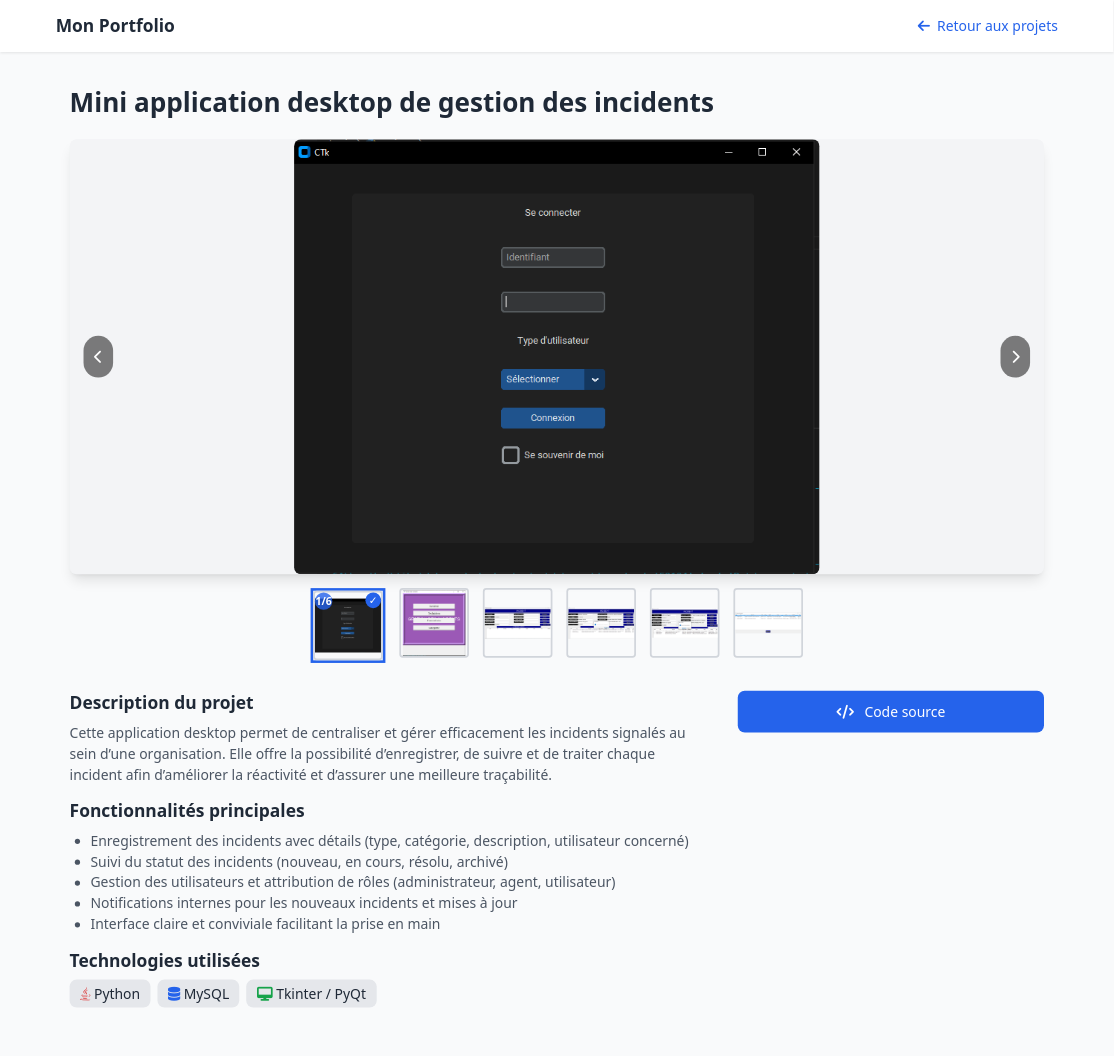
Repository: Edongo999/landry-portfolio
Page: projet-gestion-incidents.html
The author's editor kept a copy of each file at every save. The page is drawn from the files as they stood at one save, then again after the next save.
The browser window is 1280 px wide. The pictures show the whole page, at 87% of full size.
Some web libraries are served in a nearby version.

Above is the page before, as saved 2025-09-14 03:40:28.

After the next save:
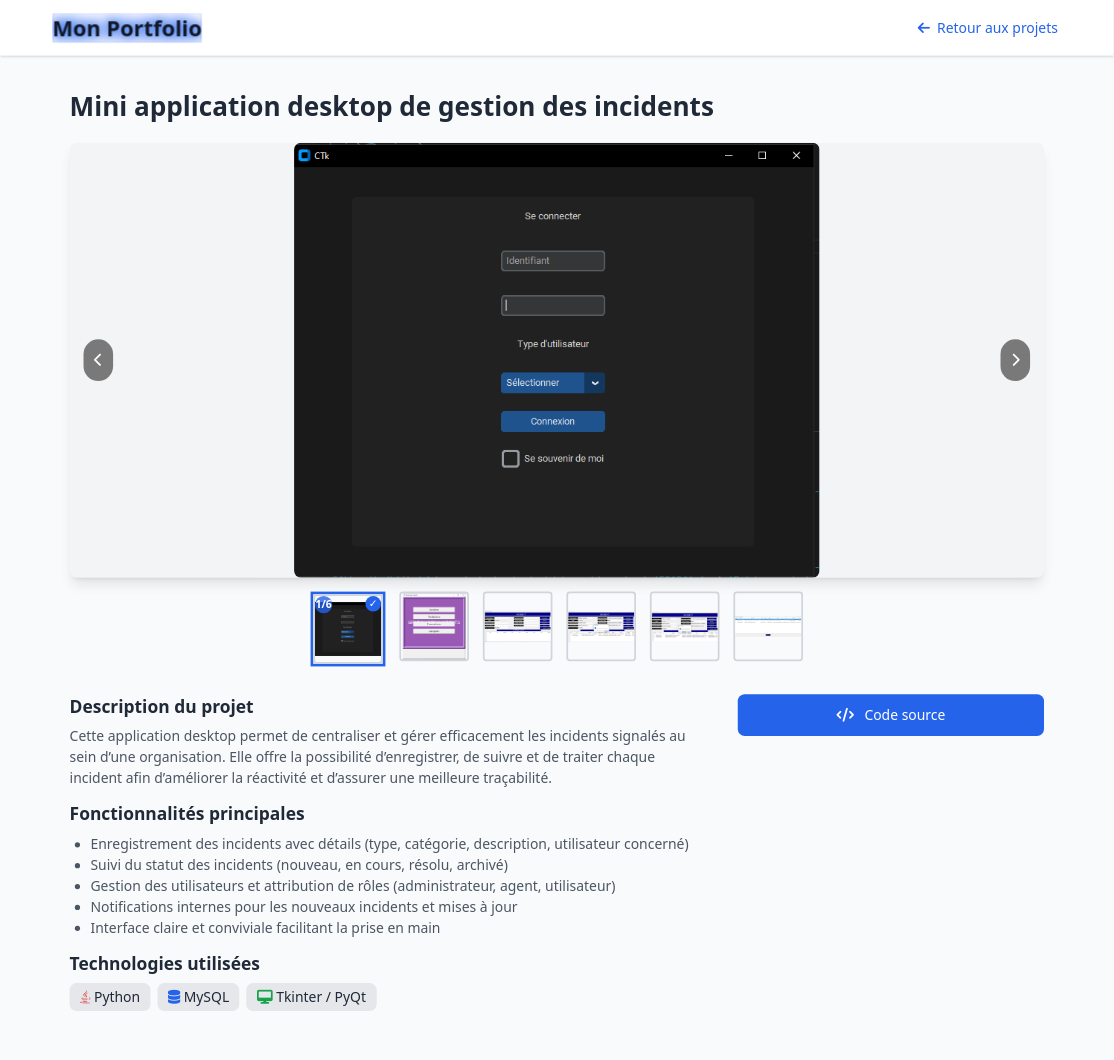
Saved 87 s later.
--- a/projet-gestion-incidents.html
+++ b/projet-gestion-incidents.html
@@ -43,6 +43,55 @@
       justify-content: center;
       font-weight: bold;
     }
+
+     /* Animation apparence douce + explosion légère + pulsation subtile */
+  #portfolio-title {
+    animation: appearExplodePulse 3s ease-in-out infinite;
+  }
+
+  @keyframes appearExplodePulse {
+    0% {
+      opacity: 0;
+      transform: scale(0.97) translateY(-3px);
+      text-shadow: 0 0 0px #2563eb;
+    }
+    25% {
+      opacity: 0.6;
+      transform: scale(1) translateY(0);
+      text-shadow: 0 0 4px #2563eb;
+    }
+    50% {
+      opacity: 1;
+      transform: scale(1.03);
+      text-shadow: 0 0 8px #2563eb, 0 0 12px #2563eb;
+    }
+    75% {
+      transform: scale(1.05);
+      text-shadow: 0 0 12px #2563eb, 0 0 20px #2563eb, 0 0 28px #2563eb;
+    }
+    100% {
+      opacity: 1;
+      transform: scale(1);
+      text-shadow: 0 0 6px #2563eb, 0 0 12px #2563eb;
+    }
+  }
+
+  /* Effet lumière pulsante plus subtil */
+  #portfolio-title::after {
+    content: '';
+    position: absolute;
+    inset: 0;
+    border-radius: 4px;
+    box-shadow: 0 0 12px #2563eb, 0 0 18px #2563eb;
+    opacity: 0.2;
+    animation: pulseLight 3s ease-in-out infinite alternate;
+    pointer-events: none;
+  }
+
+  @keyframes pulseLight {
+    0% { opacity: 0.15; transform: scale(0.97); }
+    100% { opacity: 0.35; transform: scale(1.03); }
+  }
   </style>
 </head>
 <body class="bg-gray-50 text-gray-800">
@@ -50,7 +99,11 @@
   <!-- Header -->
   <header class="bg-white shadow p-4 sticky top-0 z-50">
     <div class="max-w-6xl mx-auto flex justify-between items-center">
-      <h1 class="text-xl font-bold">Mon Portfolio</h1>
+      <h1 class="text-xl md:text-2xl font-bold text-gray-900 relative overflow-hidden" id="portfolio-title">
+       Mon Portfolio
+    </h1>
+
+
       <a href="index.html#projects" class="flex items-center gap-2 text-blue-600 hover:text-blue-800 font-medium">
         <i class="fas fa-arrow-left"></i> Retour aux projets
       </a>
